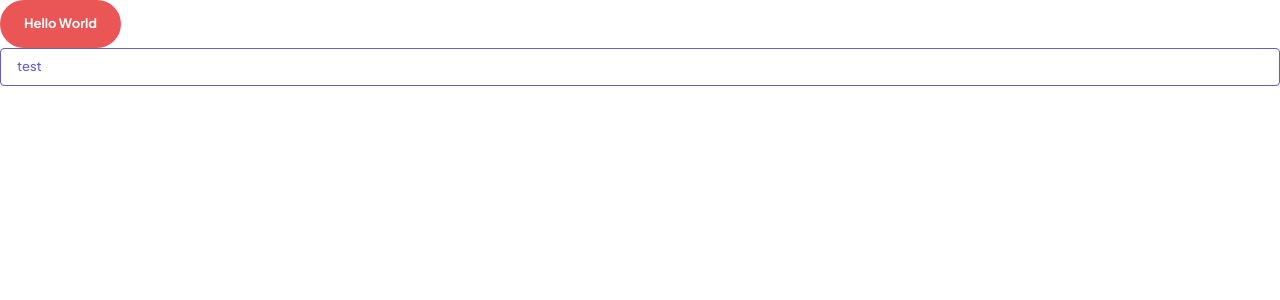
Repository: Baraajad231/Kanban-Board
Page: /
An editor plug-in stored every save of this project. The page is shown before and after the next save, followed by the edit.
The browser window is 1280 px wide. The pictures show the whole page.
The project was rebuilt for these pictures with package versions that can differ from the ones it lists, and the page was loaded fresh each time. Also part of the build but not shown: vite.config.js.

Above is the page before, as saved 2026-03-24 14:10:51.

### index.html
<!doctype html>
<html lang="en">
  <head>
    <meta charset="UTF-8" />
    <meta name="viewport" content="width=device-width, initial-scale=1.0" />
    <link rel="preconnect" href="https://fonts.googleapis.com" />
    <link rel="preconnect" href="https://fonts.gstatic.com" crossorigin />
    <link
      href="https://fonts.googleapis.com/css2?family=Plus+Jakarta+Sans:ital,wght@0,200..800;1,200..800&display=swap"
      rel="stylesheet"
    />
    <title>kanban-board</title>
  </head>
  <body>
    <div id="root"></div>
    <script type="module" src="/src/main.jsx"></script>
  </body>
</html>

### src/index.css
@import "tailwindcss";

@theme {
  --font-jakarta: "Plus Jakarta Sans", sans-serif;

  --color-transparent: transparent;
  --color-current: currentColor;

  --color-main-purple: #635fc7;
  --color-main-purple-hover: #a8a4ff;
  --color-white: #ffffff;
  --color-black: #000112;
  --color-very-dark-grey: #1e1e1e;
  --color-dark-grey: #2b2c37;
  --color-lines: #3e3f4e;
  --color-medium-grey: #828fa3;
  --color-lines-light: #e4ebfa;
  --color-light-grey: #f4f7fd;
  --color-red: #ea5555;
  --color-red-hover: #ff9898;

  /* أحجام الخطوط - التنسيق صحيح جداً لـ Tailwind v4 */
  --text-heading-s: 0.75rem;
  --text-heading-s--font-weight: 700;

  --text-heading-m: 0.9rem;
  --text-heading-m--font-weight: 700;

  --text-heading-l: 1.125rem;
  --text-heading-l--font-weight: 700;

  --text-heading-xl: 1.5rem;
  --text-heading-xl--font-weight: 700;

  --text-body-m: 0.75rem;
  --text-body-m--font-weight: 700;

  --text-body-l: 0.8125rem;
  --text-body-l--font-weight: 500;
}

### src/App.jsx
import Button from "./components/Button";
import TextField from "./components/TextField";

function App() {
  return (
    <div className="font-jakarta text-heading-xl text-main-purple ">
      <Button variant="destructive" size="lg">
        Hello World
      </Button>
      <TextField defaultValue="test" />
    </div>
  );
}

export default App;

### src/components/Button.jsx
import { cva } from "class-variance-authority";

const button = cva(
  ["rounded-full", "font-bold", "px-6", "duration-200", "text-[13px]"],
  {
    variants: {
      variant: {
        primary: ["bg-main-purple", "text-white", "hover:bg-main-purple-hover"],
        // **or**
        // primary: "bg-blue-500 text-white border-transparent hover:bg-blue-600",
        secondary: [
          "bg-main-purple/10",
          "text-main-purple",
          "hover:bg-main-purple/25",
        ],
        destructive: ["bg-red", "text-white", "hover:bg-red-hover"],
      },
      size: {
        sm: ["h-10"],
        lg: ["h-12"],
      },
      isFullWidth: {
        true: ["w-full"],
      },
      // `boolean` variants are also supported!
      isDisabled: {
        true: ["opacity-25", "cursor-not-allowed", "hover:bg-main-purple"],
      },
    },

    defaultVariants: {
      variant: "primary",
      size: "lg",
    },
  },
);

const Button = ({
  children,
  variant,
  size,
  isFullWidth,
  isDisabled,
  className,
  ...props
}) => {
  return (
    <button
      className={button({ variant, size, isFullWidth, isDisabled, className })}
      {...props}
    >
      {children}
    </button>
  );
};
export default Button;

### src/components/TextField.jsx
import clsx from "clsx";

const TextField = ({
  placeholder,
  isInvalid,
  name,
  required,
  defaultValue,
}) => {
  return (
    <div className="relative flex flex-1 min-w-80 items-center">
      {isInvalid && (
        <span className="absolute right-4 text-body-l  text-red  text-sm">
          Can't be empty
        </span>
      )}

      <input
        type="text"
        name={name}
        defaultValue={defaultValue}
        placeholder={placeholder}
        required={required}
        className={clsx(
          "w-full rounded-sm border border-medium-gray/25 py-2 pl-4 text-body-l  ",
          {
            "border-red pr-32": isInvalid,
            "pr-4": !isInvalid,
          },
        )}
      />
    </div>
  );
};

export default TextField;

Loaded but not shown: src/main.jsx (common file)

After the next save:
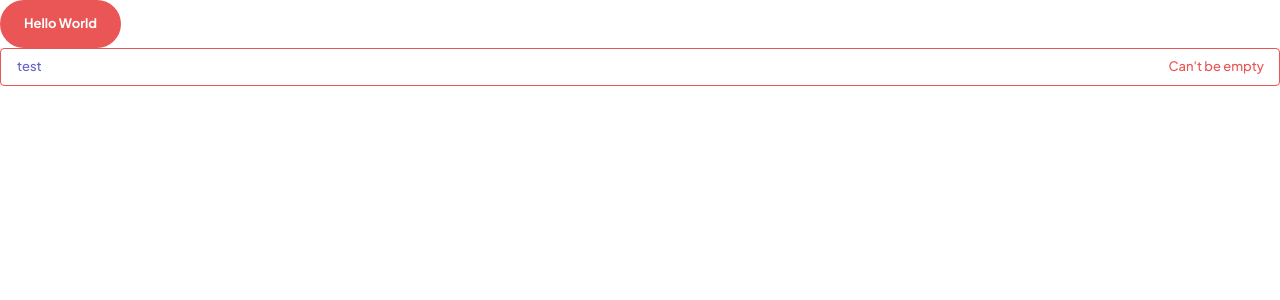
Saved 28 s later.
--- a/src/App.jsx
+++ b/src/App.jsx
@@ -7,7 +7,7 @@
       <Button variant="destructive" size="lg">
         Hello World
       </Button>
-      <TextField defaultValue="test" />
+      <TextField defaultValue="test" isInvalid />
     </div>
   );
 }

After the save that followed:
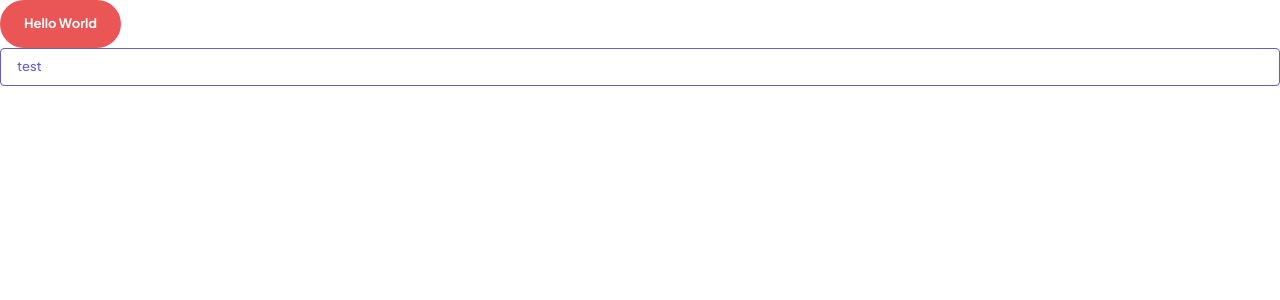
Saved 5 s later.
--- a/src/App.jsx
+++ b/src/App.jsx
@@ -7,7 +7,7 @@
       <Button variant="destructive" size="lg">
         Hello World
       </Button>
-      <TextField defaultValue="test" isInvalid />
+      <TextField defaultValue="test" />
     </div>
   );
 }
